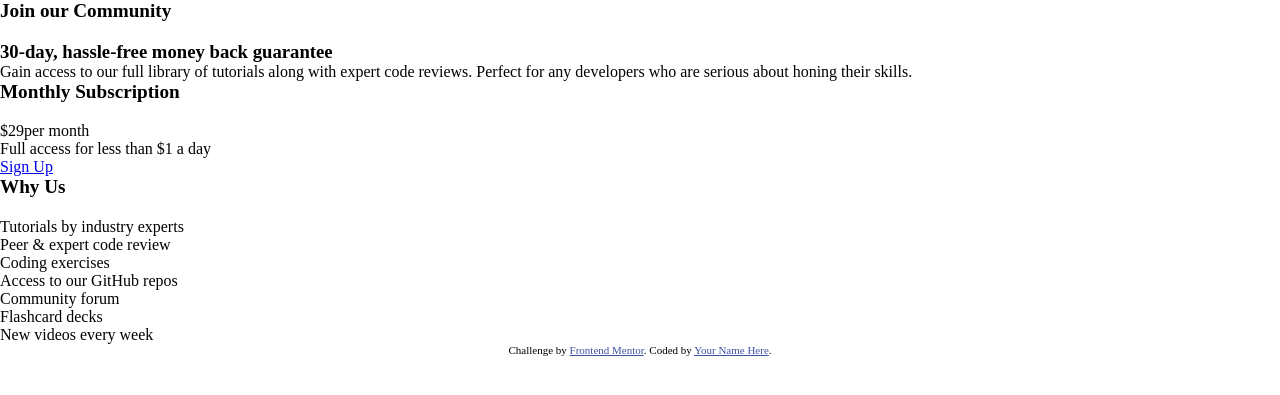
Repository: OmniaRafat232111121/single-price-grid-component-master
Page: index.html
An editor plug-in stored every save of this project. The page is shown before and after a run of saves, followed by the edit.
The browser window is 1280 px wide. The pictures show the whole page.

Above is the page before, as saved 2022-06-28 00:15:29.

### index.html
<!DOCTYPE html>
<html lang="en">
<head>
  <meta charset="UTF-8">
  <meta name="viewport" content="width=device-width, initial-scale=1.0"> <!-- displays site properly based on user's device -->

  <link rel="icon" type="image/png" sizes="32x32" href="./images/favicon-32x32.png">

  <title>Frontend Mentor | Single Price Grid Component</title>
  <link rel="stylesheet" href="style.css">
  <style>
    .attribution { font-size: 11px; text-align: center; }
    .attribution a { color: hsl(228, 45%, 44%); }
  </style>
</head>
<body>

  <div class="card">
    <section class="bg-white section ">
      <h2>Join our Community</h2>
      <h3>30-day, hassle-free money back guarantee</h3>
      <p>Gain access to our full library of tutorials along with expert code reviews. Perfect for any developers who are serious about honing their skills.</p>

    </section>

    <section class="bg-dark-cyan section">
     <h2>Monthly Subscription</h2>
     <div class="pricetag"><span id="price">&dollar;29</span><span id="permonth">per month</span></div>
     <p>Full access for less than &dollar;1 a day</p>
     <a id="signup" href="#">Sign Up</a>
    </section>

    <section class="bg-light-cyan section">
    <h2>Why Us</h2>
    <ul>
      <li>Tutorials by industry experts</li>
      <li>Peer &amp; expert code review</li>
      <li>Coding exercises</li>
      <li>Access to our GitHub repos</li>
      <li>Community forum</li>
      <li>Flashcard decks</li>
      <li>New videos every week</li>
    </ul>
  </section>
  </div>
  <footer>
    <p class="attribution">
      Challenge by <a href="https://www.frontendmentor.io?ref=challenge" target="_blank">Frontend Mentor</a>.
      Coded by <a href="#">Your Name Here</a>.
    </p>
  </footer>
</body>
</html>

### style.css
* {
    margin: 0;
    padding: 0;
    box-sizing: border-box;
  }

  h2 {
    font-size: 1.2rem;
    margin-bottom: 1em;
  }

  :root {
    --clr-primary-cyandark: hsl(179, 62%, 43%);
    --clr-primary-cyanlight: rgb(74, 190, 189);
    --clr-primary-yellow: hsl(71, 73%, 54%);

    --clr-neutral-white: hsl(204, 43%, 93%);
    --clr-neutral-grey: hsl(218, 22%, 67%);
  }

  html {
    font-size: 16px;
  }

After the next 4 saves:
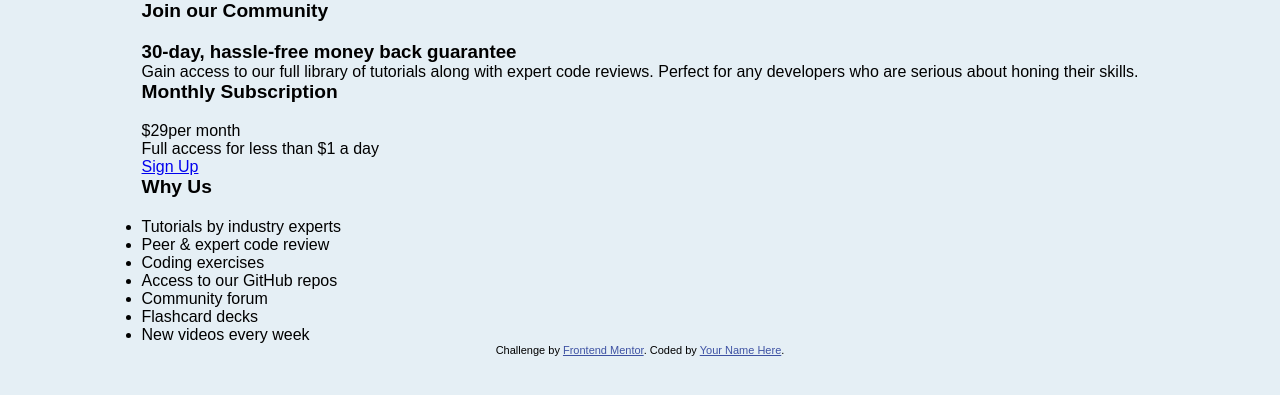
The 4 saves are shown as one change because they came seconds apart.
The last was saved 21 s later.
--- a/style.css
+++ b/style.css
@@ -21,3 +21,11 @@
   html {
     font-size: 16px;
   }
+body {
+    display: flex;
+    flex-direction: column;
+    justify-content: center;
+    align-items: center;
+    font-family: 'Karla', sans-serif;
+    background-color: var(--clr-neutral-white);
+  }
